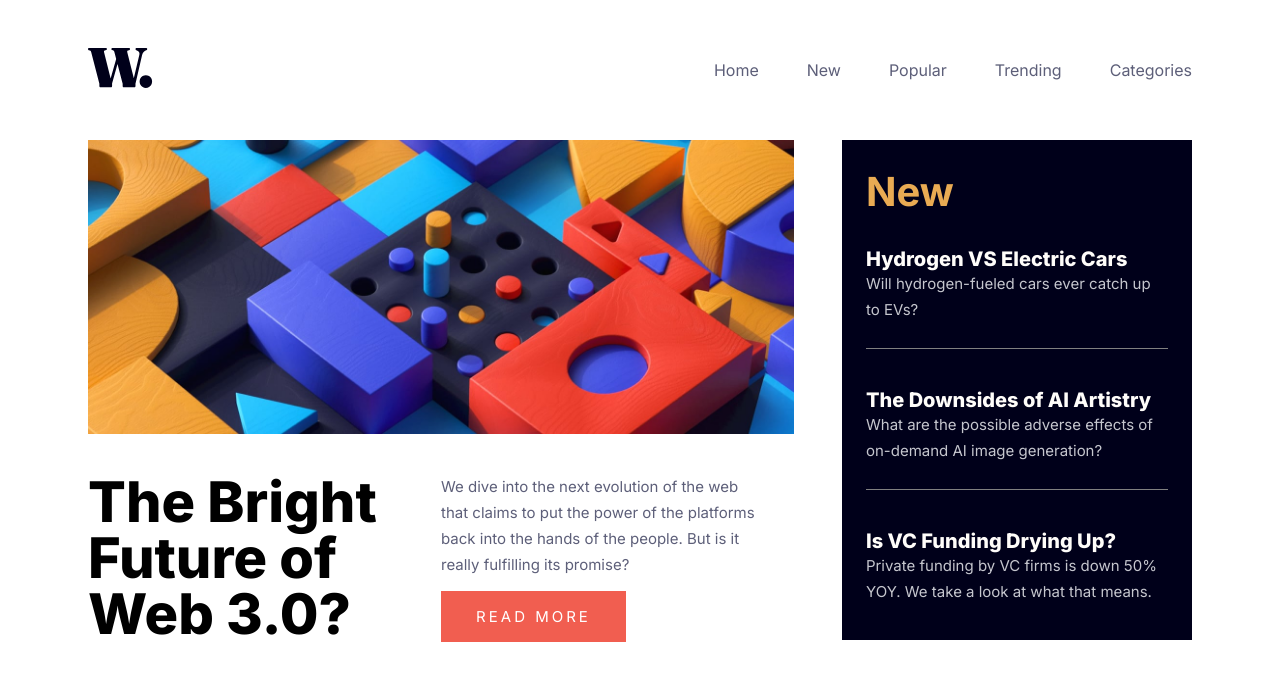
Repository: DevAntonioRogers/FrontendMentor-News-Homepage
Page: index.html
The author's editor kept a copy of each file at every save. The page is drawn from the files as they stood at one save, then again after the next save.
The browser window is 1280 px wide. The pictures show the whole page.

Above is the page before, as saved 2023-04-21 13:03:44.

### index.html
<!DOCTYPE html>
<html lang="en">
  <head>
    <meta charset="UTF-8" />
    <meta http-equiv="X-UA-Compatible" content="IE=edge" />
    <meta name="viewport" content="width=device-width, initial-scale=1.0" />
    <link rel="stylesheet" href="styles.css" />
    <title>Document</title>
  </head>
  <body>
    <nav>
      <div class="logo">
        <img src="./assets/logo.svg" alt="logo" />
      </div>
      <ul class="nav-menu">
        <li>Home</li>
        <li>New</li>
        <li>Popular</li>
        <li>Trending</li>
        <li>Categories</li>
      </ul>
      <div class="mobile-icons">
        <img src="./assets/icon-menu.svg" alt="" />
        <img src="./assets/icon-menu-close.svg" alt="" />
      </div>
    </nav>

    <section class="hero">
      <div class="left">
        <picture>
          <source srcset="assets/image-web-3-mobile.jpg" media="(max-width: 768px)" />
          <img src="assets/image-web-3-desktop.jpg" alt="banner" />
        </picture>
        <article class="hero-article">
          <div>
            <h1>The Bright Future of Web 3.0?</h1>
          </div>
          <div>
            <div class="test">
              <p>
                We dive into the next evolution of the web that claims to put the power of the platforms back into the
                hands of the people. But is it really fulfilling its promise?
              </p>
            </div>

            <div>
              <button>Read More</button>
            </div>
          </div>
        </article>
      </div>

      <div class="right">
        <h1>New</h1>

        <div>
          <h3>Hydrogen VS Electric Cars</h3>
          <p>Will hydrogen-fueled cars ever catch up to EVs?</p>
        </div>

        <div>
          <h3>The Downsides of AI Artistry</h3>
          <p>What are the possible adverse effects of on-demand AI image generation?</p>
        </div>

        <div>
          <h3>Is VC Funding Drying Up?</h3>
          <p>Private funding by VC firms is down 50% YOY. We take a look at what that means.</p>
        </div>
      </div>
    </section>
  </body>
</html>

### styles.css
@import url('https://fonts.googleapis.com/css2?family=Inter:wght@400;700;800&display=swap');

*{
  box-sizing: border-box;
  margin: 0;
  padding: 0;
  font-family: 'Inter', sans-serif;
}

/* img{
  width: 100%;
  height: 100%;
} */

body{
  max-width: 1200px;
  margin: auto;
  padding: 3rem;
}

a{
  text-decoration: none;
}

li{
  list-style: none;
}

/* NAVBAR STYLES */

nav{
  display: flex;
  justify-content: space-between;
  align-items: center;
}

.nav-menu{
  display: flex;
  gap: 3rem;
}

.nav-menu{
  color: hsl(236, 13%, 42%);
}

.mobile-icons{
  display: none;
}

/* HERO STYLES */

.hero{
  display: flex;
  justify-content: center;
  gap: 3rem;
  margin-top: 3rem;
  max-height: 500px;
}

.left{
  display: flex;
  flex-direction: column;
}

.left img{
  max-width: 100%;
  height: 100%;
}

.hero-article{
  display: flex;
  margin-top: 2.5rem;
}

.hero-article h1{
  font-weight: 800;
  font-size: 56px;
  line-height: 56px;
}

.hero-article div{
  display: flex;
  flex-direction: column;
  justify-content: space-between;
  width: 90%;
}

.hero-article button{
  color: white;
  background-color: hsl(5, 85%, 63%);
  width: 185px;
  padding: 1rem;
  font-size: 15px;
  letter-spacing: 3px;
  text-transform: uppercase;
  border: none;
}


.hero-article p{
  font-weight: 400;
  font-size: 15px;
  line-height: 26px;
  color: hsl(236, 13%, 42%);

}











.right{
  background-color: hsl(240, 100%, 5%);
  color: white;
  padding: 2rem 1.5rem;
  display: flex;
  flex-direction: column;
  gap: 2rem;
  min-width: 350px;
}

.right h1{
  font-size: 40px;
  color: hsl(35, 77%, 62%);
  line-height: 40px;
  font-weight: 700;
}

.right h3 {
  font-weight: 800;
  font-size: 20px;
  line-height: 24px;
  color: hsl(36, 100%, 99%);
}

.right p{
  font-weight: 400;
  font-size: 15px;
  line-height: 26px;
  color: hsl(233, 8%, 79%);
}

.right div{
  margin: auto;
  border-bottom: solid 1px grey;
  padding-bottom: 25px;
}

.right div:nth-child(4){
  border: none;
  padding-bottom: 0;
}

After the next save:
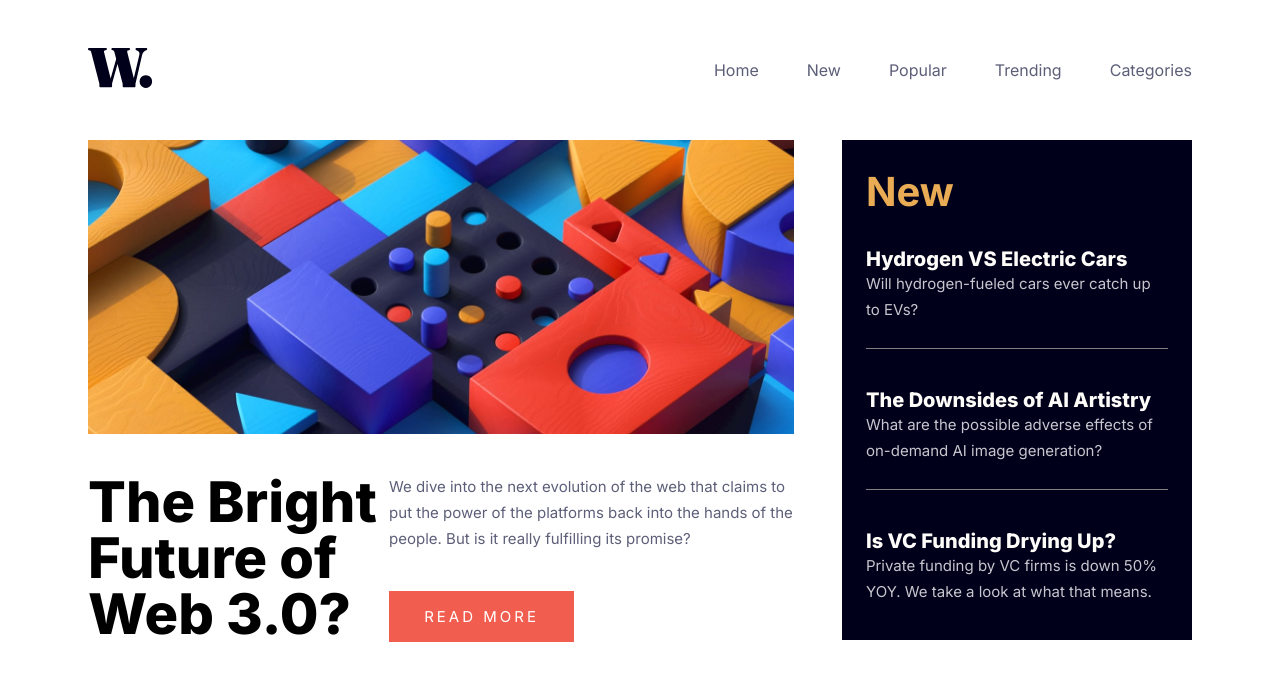
Saved 6 s later.
--- a/styles.css
+++ b/styles.css
@@ -82,7 +82,7 @@ nav{
   display: flex;
   flex-direction: column;
   justify-content: space-between;
-  width: 90%;
+
 }
 
 .hero-article button{
